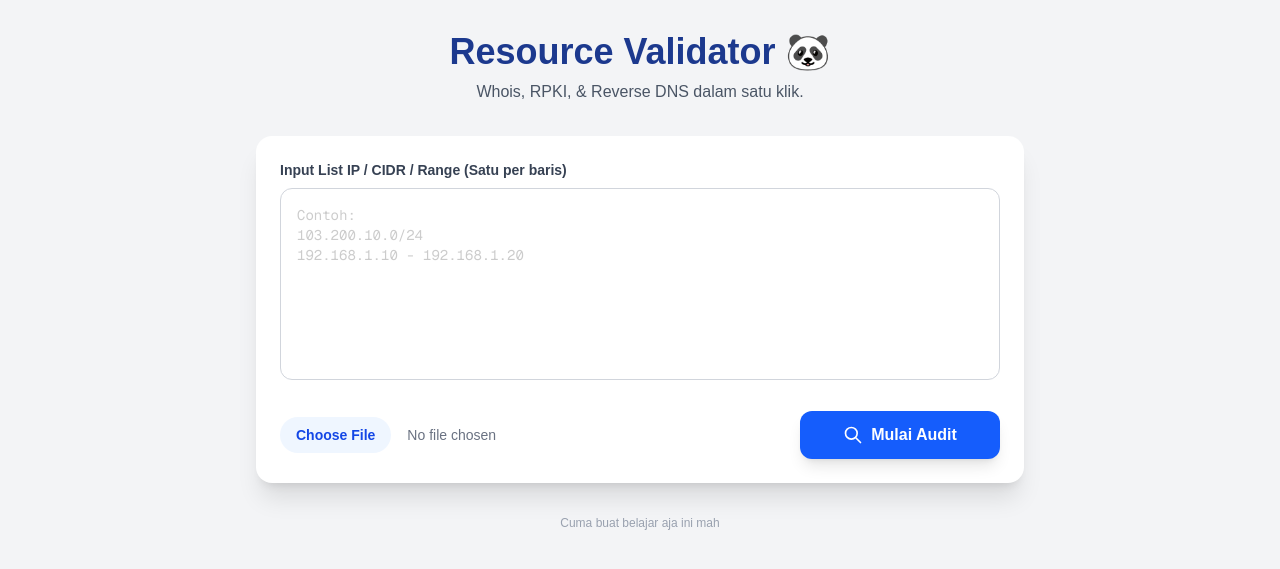
Repository: KilluaProject/resource_validator
Page: /
An editor plug-in stored every save of this project. The page is shown before and after the next save, followed by the edit.
The browser window is 1280 px wide. The pictures show the whole page.
The project was rebuilt for these pictures with package versions that can differ from the ones it lists, and the page was loaded fresh each time. The framework's server and built-in components were replaced by stand-ins that run in the browser. Also part of the build but not shown: next.config.ts, components/ResultModal.tsx.

Above is the page before, as saved 2026-01-07 22:58:21.

After the next save:
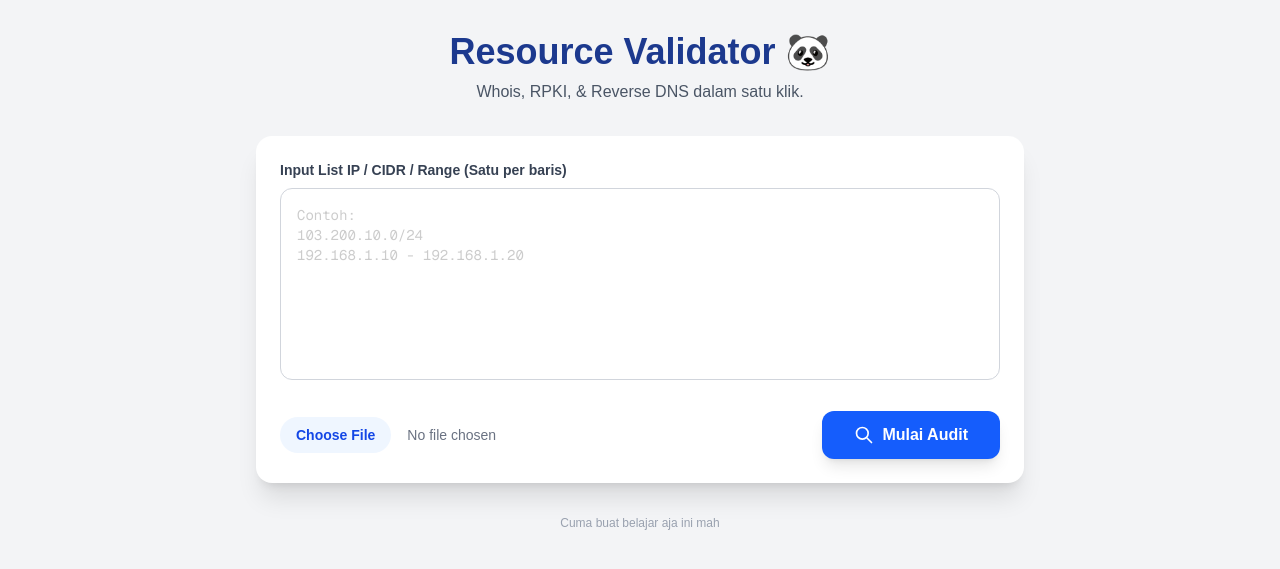
Saved 4 min 46 s later.
--- a/app/page.tsx
+++ b/app/page.tsx
@@ -98,35 +98,33 @@ export default function Home() {
           </div>
 
           <button
-              onClick={handleScan}
-              disabled={loading} // Matiin tombol pas lagi loading
-              className={`w-50 py-3 px-6 rounded-xl font-bold text-white transition-all shadow-lg flex items-center justify-center gap-2
-                ${loading
-                  ? "bg-gray-400 cursor-not-allowed opacity-80" // Style pas Loading
-                  : "bg-blue-600 hover:bg-blue-700 hover:shadow-blue-500/30 hover:-translate-y-0.5" // Style Normal
-                }`}
-            >
-              {loading ? (
-                <>
-                  {/* 1. ICON SPINNER (Muter-muter) */}
-                  <svg className="animate-spin h-5 w-5 text-white" xmlns="http://www.w3.org/2000/svg" fill="none" viewBox="0 0 24 24">
-                    <circle className="opacity-25" cx="12" cy="12" r="10" stroke="currentColor" strokeWidth="4"></circle>
-                    <path className="opacity-75" fill="currentColor" d="M4 12a8 8 0 018-8V0C5.373 0 0 5.373 0 12h4zm2 5.291A7.962 7.962 0 014 12H0c0 3.042 1.135 5.824 3 7.938l3-2.647z"></path>
-                  </svg>
-
-                  {/* 2. TEKS ANIMASI (Pulse) */}
-                  <span className="animate-pulse">Scanning...</span>
-                </>
-              ) : (
-                <>
-                  {/* ICON SCAN (Opsional, icon kaca pembesar atau petir) */}
-                  <svg xmlns="http://www.w3.org/2000/svg" className="h-5 w-5" fill="none" viewBox="0 0 24 24" stroke="currentColor">
-                    <path strokeLinecap="round" strokeLinejoin="round" strokeWidth={2} d="M21 21l-6-6m2-5a7 7 0 11-14 0 7 7 0 0114 0z" />
-                  </svg>
-                  <span>Mulai Audit</span>
-                </>
-                )}
-            </button>
+            onClick={handleScan}
+            disabled={loading}
+            // HAPUS 'w-full', ganti jadi padding aja 'px-6' biar ukurannya pas
+            className={`py-3 px-8 rounded-xl font-bold text-white transition-all shadow-lg flex items-center justify-center gap-2 min-w-[160px]
+              ${loading
+                ? "bg-gray-400 cursor-not-allowed opacity-80"
+                : "bg-blue-600 hover:bg-blue-700 hover:shadow-blue-500/30 hover:-translate-y-0.5"
+              }`}
+          >
+            {loading ? (
+              <>
+                {/* SPINNER ANIMATION */}
+                <svg className="animate-spin h-5 w-5 text-white" xmlns="http://www.w3.org/2000/svg" fill="none" viewBox="0 0 24 24">
+                  <circle className="opacity-25" cx="12" cy="12" r="10" stroke="currentColor" strokeWidth="4"></circle>
+                  <path className="opacity-75" fill="currentColor" d="M4 12a8 8 0 018-8V0C5.373 0 0 5.373 0 12h4zm2 5.291A7.962 7.962 0 014 12H0c0 3.042 1.135 5.824 3 7.938l3-2.647z"></path>
+                </svg>
+                <span className="animate-pulse">Scanning...</span>
+              </>
+            ) : (
+              <>
+                <svg xmlns="http://www.w3.org/2000/svg" className="h-5 w-5" fill="none" viewBox="0 0 24 24" stroke="currentColor">
+                  <path strokeLinecap="round" strokeLinejoin="round" strokeWidth={2} d="M21 21l-6-6m2-5a7 7 0 11-14 0 7 7 0 0114 0z" />
+                </svg>
+                <span>Mulai Audit</span>
+              </>
+            )}
+          </button>
         </div>
       </div>
 
